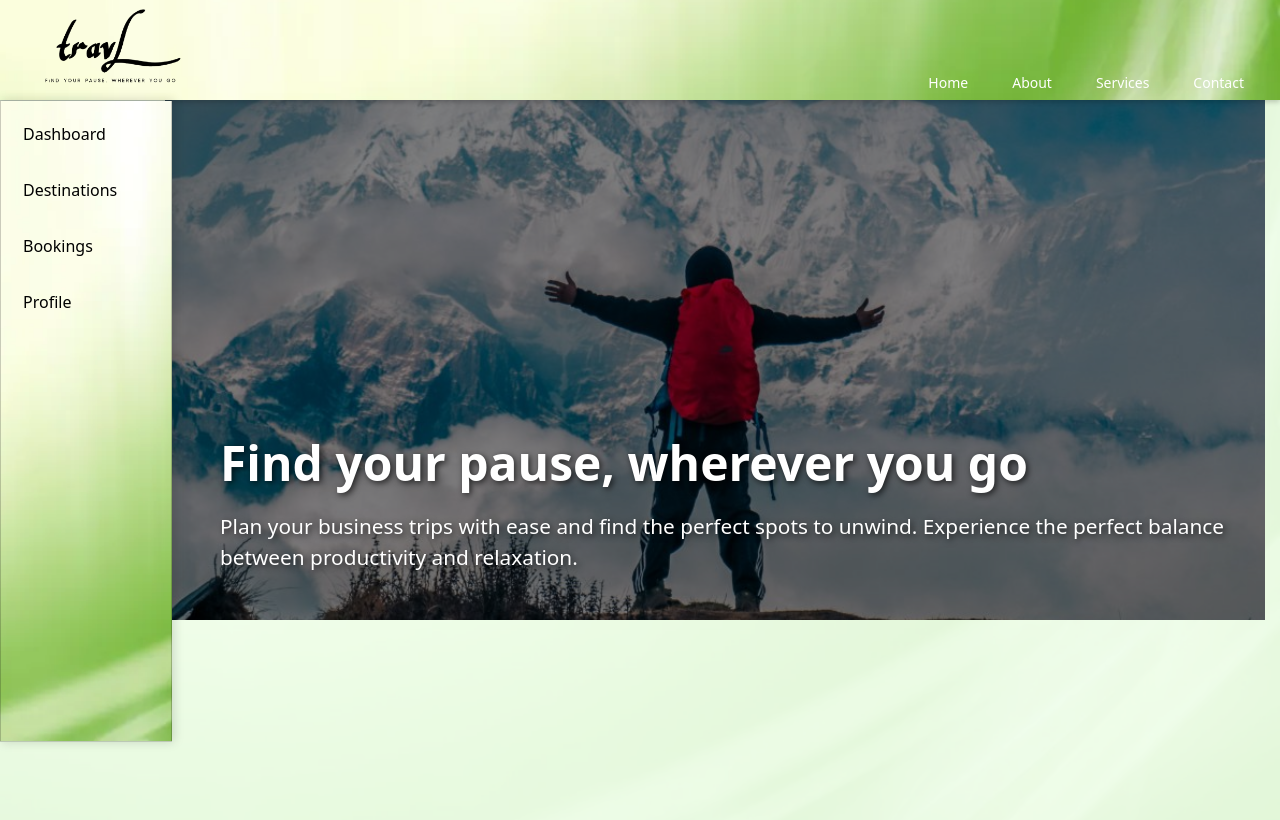
Repository: Nakib-Arman/Javafest25---travL
Page: / (app in Frontend/)
An editor plug-in stored every save of this project. The page is shown before and after a run of saves, followed by the edit.
The browser window is 1280 px wide. The pictures show the whole page.
Pictures or frames that could not be fetched are drawn as grey boxes. The project was rebuilt for these pictures with package versions that can differ from the ones it lists, and the page was loaded fresh each time. Also part of the build but not shown: Frontend/vite.config.js.

Above is the page before, as saved 2025-08-13 12:28:48.

After the next 2 saves:
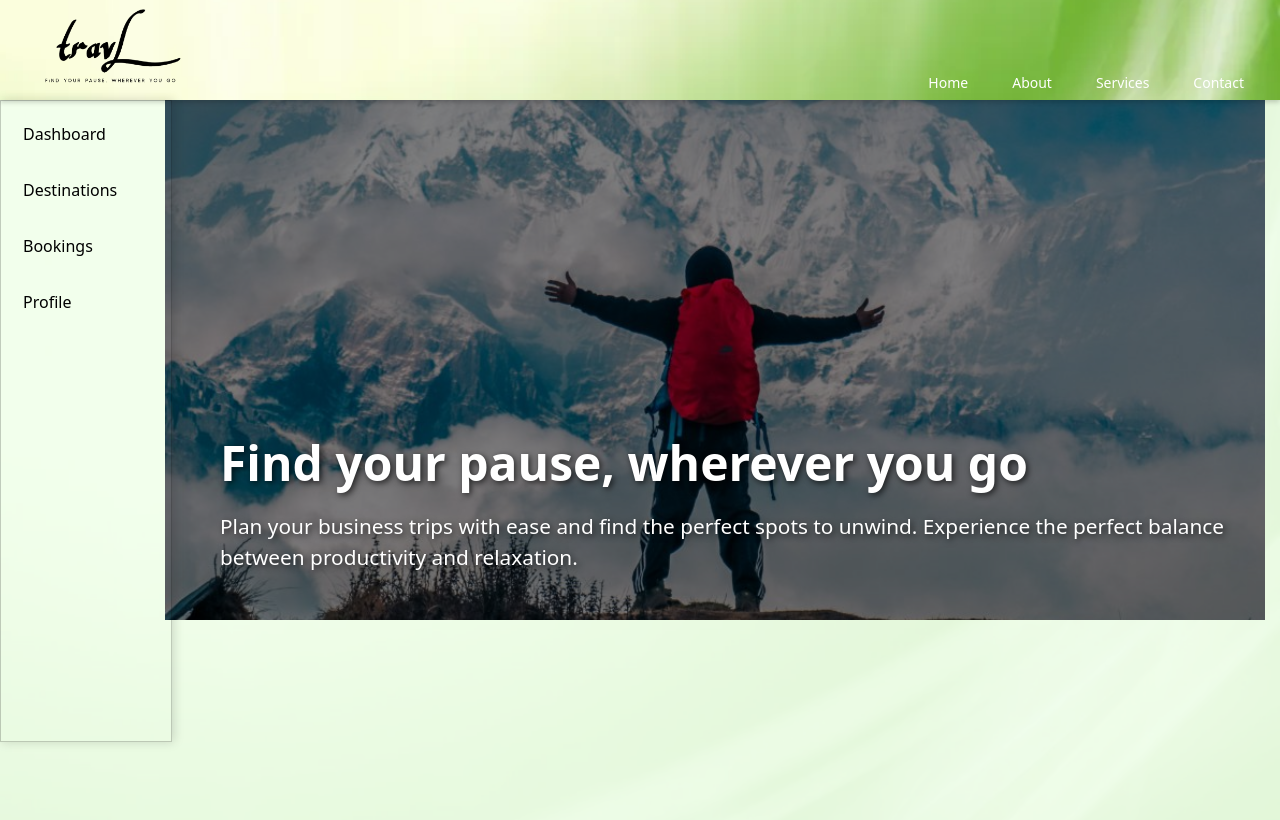
The 2 saves are shown as one change because they came seconds apart.
The last was saved 24 s later.
--- a/Frontend/src/CSS/Sidebar.css
+++ b/Frontend/src/CSS/Sidebar.css
@@ -6,10 +6,6 @@
   width: 150px;
   height: calc(100vh - 100px);
   /* background-color: transparent; */
-  background-image: url('../assets/background2.jpg');
-    background-position: center;
-    background-repeat: no-repeat;
-    background-size: cover;
 
   display: flex;
   flex-direction: column;
